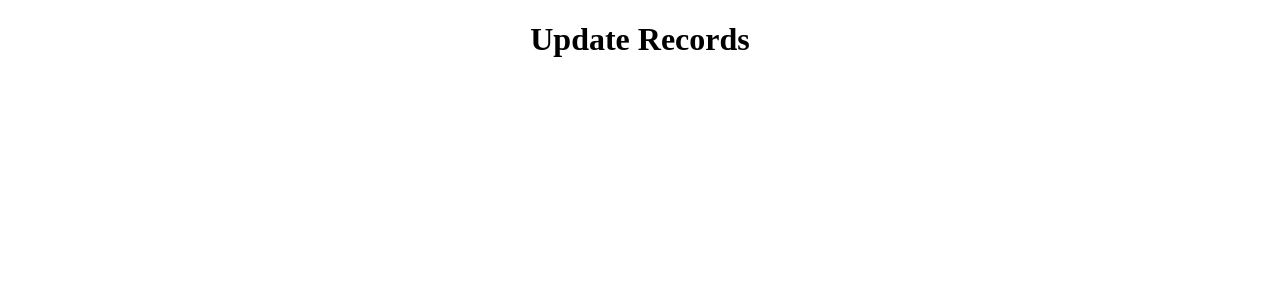
Repository: gajanansp07/Advance_Java_Practice
Page: http://localhost/JDBCCURD/UpdateRecord.jsp
An editor plug-in stored every save of this project. The page is shown before and after the next save, followed by the edit.
The browser window is 1280 px wide. The pictures show the whole page.
The page is served by Tomcat 9.

Above is the page before, as saved 2022-03-17 17:34:35.

After the next save:
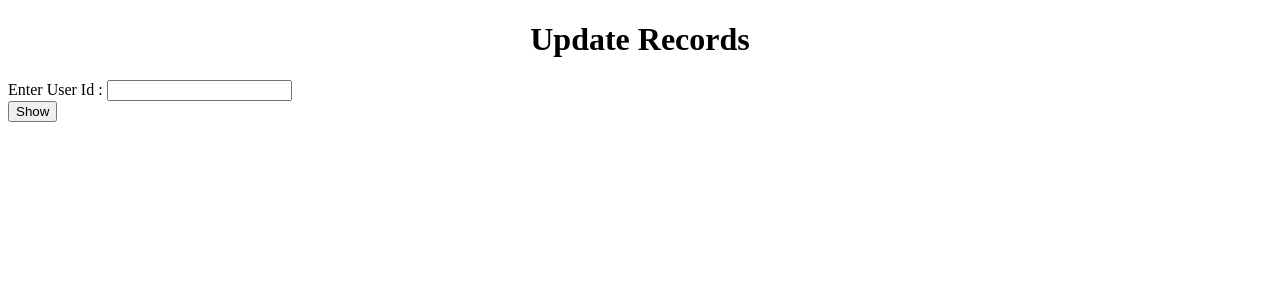
Saved 3 min 28 s later.
--- a/JDBCCURD/src/main/webapp/UpdateRecord.jsp
+++ b/JDBCCURD/src/main/webapp/UpdateRecord.jsp
@@ -8,6 +8,13 @@
 </head>
 <body>
 <h1 align="center">Update Records</h1>
+<div>
+<form action="" method="post">
+<label>Enter User Id : </label>
+<input type="text" name="eid"> <br>
+<input type="submit" value="Show">
+</form>
+</div>
 
 </body>
 </html>
